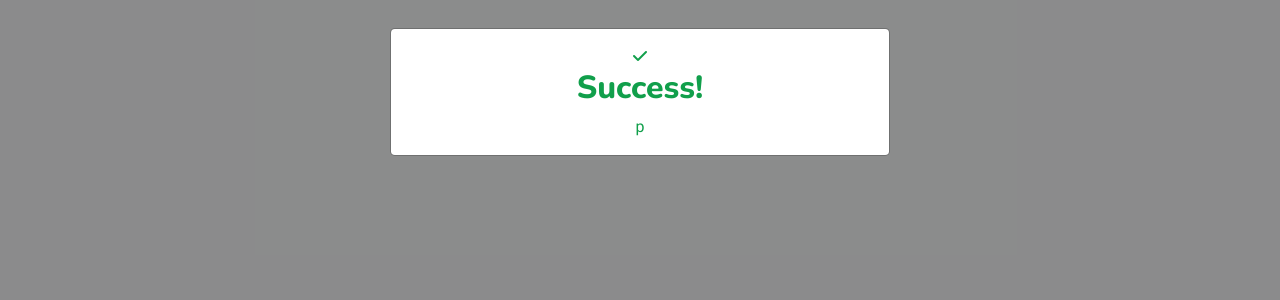
Repository: Dangtrinh28/thuymoc
Page: bookingSuccess.html
An editor plug-in stored every save of this project. The page is shown before and after the next save, followed by the edit.
The browser window is 1280 px wide. The pictures show the whole page.
Some web libraries are served in a nearby version.

Above is the page before, as saved 2022-11-25 04:06:02.

### bookingSuccess.html
<!DOCTYPE html>
<html lang="en">

<head>
    <meta charset="UTF-8">
    <meta http-equiv="X-UA-Compatible" content="IE=edge">
    <meta name="viewport" content="width=device-width, initial-scale=1.0">

    <!-- google font link -->
    <link rel="preconnect" href="https://fonts.googleapis.com">
    <link rel="preconnect" href="https://fonts.gstatic.com" crossorigin>
    <link
        href="https://fonts.googleapis.com/css2?family=Heebo:wght@400;500;600&family=Nunito:wght@600;700;800&family=Pacifico&display=swap"
        rel="stylesheet">

    <!-- Icon link -->
    <link rel="stylesheet" href="./assets/font/fontawesome/css/all.min.css">
    <link href="https://cdnjs.cloudflare.com/ajax/libs/font-awesome/5.10.0/css/all.min.css" rel="stylesheet">
    <link href="https://cdn.jsdelivr.net/npm/bootstrap-icons@1.4.1/font/bootstrap-icons.css" rel="stylesheet">

    <!-- link lib -->
    <link rel="stylesheet" href="./assets/lib/animate/animate.min.css">
    <link rel="stylesheet" href="./assets/lib/owlcarousel/assets/owl.carousel.min.css">
    <link rel="stylesheet" href="./assets/lib/tempusdominus/css/tempusdominus-bootstrap-4.min.css">

    <!-- link bootstraps custom  -->
    <link href="./assets/css/bootstrap.css" rel="stylesheet">

    <!-- link custom -->
    <link rel="stylesheet" href="./assets/css/index.css">
    <!-- link custom end-->
    <link rel="icon" type="image/x-icon"
        href="https://scontent.fsgn2-4.fna.fbcdn.net/v/t39.30808-6/301127842_1060078351356985_3224039168656005356_n.jpg?_nc_cat=101&ccb=1-7&_nc_sid=09cbfe&_nc_ohc=boITfAPyxDEAX8ESDnk&_nc_ht=scontent.fsgn2-4.fna&oh=00_AfCC23TquV2izwz9e55nnw0-pZBRnxj3js4zwfv7_lGcQQ&oe=63633C5B">
        <title>Thủy Mộc Restaurant</title>

</head>
<body>
    <div class="container" >
        <div class="modal" style="display: block; background-color: rgba(128, 128, 128,0.9);">
            <div class="modal-dialog">
                <div class="modal-content">
                    <div class="modal-body text-primary text-center">
                        <i class="modal-body-icon fa-solid fa-check"></i>
                        <h2 class="text-primary">Success!</h2>
                        p
                    </div>
                </div>
            </div>
        </div>
    </div>





    <script src="https://code.jquery.com/jquery-3.4.1.min.js"></script>
    <script src="https://cdn.jsdelivr.net/npm/bootstrap@5.0.2/dist/js/bootstrap.bundle.min.js"></script>
    <script src="https://smtpjs.com/v3/smtp.js"></script>
    <script src="./assets/lib/wow/wow.min.js"></script>
    <script src="./assets/lib/easing/easing.min.js"></script>
    <script src="./assets/lib/waypoints/waypoints.min.js"></script>
    <script src="./assets/lib/counterup/counterup.min.js"></script>
    <script src="./assets/lib/owlcarousel/owl.carousel.min.js"></script>
    <script src="./assets/js/index.js"></script>
</body>
</html>

### assets/css/index.css
:root {
  --primary: ;
}

/* base css */
.hero-header {
  background: linear-gradient(rgba(15, 23, 43, 0.9), rgba(15, 23, 43, 0.9)),
    url(../img/banner/banner2.png);
  background-position: center center;
  background-repeat: no-repeat;
  background-size: cover;
}

.btn {
  font-family: "Nunito", sans-serif;
  font-weight: 500;
  text-transform: uppercase;
  transition: 0.5s;
}

.btn-primary,
.btn-secondary {
  color: var(--bs-white);
}

.product-img {
  width: 100%;
  height: 216px;
  background-position: center;
  background-repeat: no-repeat;
  background-size: cover;
}

/* đặt bàn online */
.video {
  position: relative;
  height: 100%;
  min-height: 500px;
  background: linear-gradient(rgba(15, 23, 43, 0.1), rgba(15, 23, 43, 0.1)),
    url(../img/booking/booking.png);
  background-position: center center;
  background-repeat: no-repeat;
  background-size: cover;
}

.video .btn-play {
  position: absolute;
  z-index: 3;
  top: 50%;
  left: 50%;
  transform: translate(-50%);
  box-sizing: content-box;
  display: block;
  width: 32px;
  height: 44px;
  border-radius: 50%;
  border: none;
  outline: none;
  padding: 18px 20px 18px 28px;
}

.video .btn-play::before {
  content: "";
  position: absolute;
  z-index: 0;
  top: 50%;
  left: 50%;
  transform: translateX(-50%) translateY(-50%);
  display: block;
  width: 100px;
  height: 100px;
  background: var(--bs-primary);
  border-radius: 50%;
  animation: pulse-border 1500ms ease-out infinite;
}

.video .btn-play::after {
  content: "";
  position: absolute;
  z-index: 1;
  left: 50%;
  top: 50%;
  transform: translateX(-50%) translateY(-50%);
  display: block;
  width: 100px;
  height: 100px;
  background: var(--primary);
  border-radius: 50%;
  transition: all 200ms;
}

.video .btn-play img {
  position: relative;
  z-index: 3;
  max-width: 100%;
  width: auto;
  height: auto;
}

.video .btn-play span {
  display: block;
  position: relative;
  z-index: 3;
  width: 0;
  height: 0;
  border-left: 32px solid var(--bs-dark);
  border-top: 22px solid transparent;
  border-bottom: 22px solid transparent;
}

@keyframes pulse-border {
  0% {
    transform: translateX(-50%) translateY(-50%) translateZ(0) scale(1);
    opacity: 1;
  }
  100% {
    transform: translateX(-50%) translateY(-50%) translateZ(0) scale(1.5);
    opacity: 0;
  }
}

/* team */
.w-65 {
  width: 65% !important;
}

/* feedback */
.testimonial-carousel .owl-item.center .testimonial-item {
  background: var(--bs-primary) !important;
  border-color: var(--bs-primary) !important;
}

.testimonial-carousel .owl-item.center .testimonial-item * {
  color: var(--bs-light);
}

.testimonial-carousel .owl-dots {
  margin-top: 24px;
  display: flex;
  align-items: flex-end;
  justify-content: center;
}

.testimonial-carousel .owl-dot {
  position: relative;
  display: inline-block;
  margin: 0 5px;
  width: 15px;
  height: 15px;
  border: 1px solid #ccc;
  border-radius: 15px;
  transition: 0.5s;
}

.testimonial-carousel .owl-dot.active {
  background: var(--bs-primary);
  border-color: var(--bs-primary);
}

.text__height-hiden {
  height: 120px;
  overflow: hidden;
  display: -webkit-box;
  -webkit-box-orient: vertical;
  -webkit-line-clamp: 5;
}

/* footer */
.footer .copyright {
  padding: 25px 0;
  font-size: 15px;
  border-top: 1px solid rgba(256, 256, 256, 0.1);
}

.footer .copyright a {
  color: var(--bs-light);
}

.footer .footer-menu a {
  margin-right: 15px;
  padding-right: 15px;
  border-right: 1px solid rgba(256, 256, 256, 0.1);
}

.back-to-top {
  position: fixed;
  display: none;
  right: 45px;
  bottom: 45px;
  z-index: 99;
}

/* navbar */
.navbar-dark .navbar-nav .nav-link {
  position: relative;
  margin-left: 25px;
  padding: 15px 0;
  font-size: 15px;
  color: var(--bs-light) !important;
  text-transform: uppercase;
  font-weight: 500;
  outline: none;
  transition: 0.5s;
}

@media (min-width: 992px) {
  .navbar-dark {
    position: absolute;
    width: 100%;
    top: 0;
    left: 0;
    z-index: 999;
    background: transparent !important;
  }
}

.text-featured {
  font-size: 16px;
  line-height: 1.6;
  padding: 20px;
}

.text-featured::first-letter {
  font-size: 30px;
  line-height: 30px;
  float: left;
  display: block;
}

@media (max-width: 992px)  {
  .navbar-dark .navbar-nav .nav-link {
    margin: 0;
  }
}

### assets/js/index.js
(function ($) {
  "use strict";

  // wow js
  new WOW().init();

  //counter-up
  $('[data-toggle="counter-up"]').counterUp({
    delay: 10,
    time: 2000,
  });

  $(window).scroll(function () {
    if ($(this).scrollTop() > 45) {
      $(".navbar").addClass("sticky-top shadow-sm");
    } else {
      $(".navbar").removeClass("sticky-top shadow-sm");
    }
  });

  $(document).ready(function () {
    var $videoSrc;
    $(".btn-play").click(function () {
      $videoSrc = $(this).data("src");
    });
    console.log($videoSrc);

    $("#videoModal").on("shown.bs.modal", function (e) {
      $("#video").attr(
        "src",
        $videoSrc + "?autoplay=1&amp;modestbranding=1&amp;showinfo=0"
      );
    });

    $("#videoModal").on("hide.bs.modal", function (e) {
      $("#video").attr("src", $videoSrc);
    });
  });

  // testimonial-carousel
  $(".testimonial-carousel").owlCarousel({
    autoplay: true,
    smartSpeed: 1500,
    center: true,
    margin: 24,
    dots: true,
    loop: true,
    nav: false,
    responsive: {
      0: {
        items: 1,
      },
      768: {
        items: 2,
      },
      992: {
        item: 3,
      },
    },
  });
  //
  $(window).scroll(function () {
    if ($(this).scrollTop() > 300) {
      $(".back-to-top").fadeIn("slow");
    } else {
      $(".back-to-top").fadeOut("slow");
    }
  });

  $(".back-to-top").click(function () {
    $("html, body").animate({ scrollTop: 0 }, 100, "easeInOutExpo");
    return false;
  });
})(jQuery);

    // pass xcliahnbanukicoz

function sendEmail() {
  let useNames = document.getElementById("names").value;
  let numberPhone = document.getElementById("numberPhone").value;
  let email = document.getElementById("email").value;
  let qualitys = document.getElementById("qualitys").value;
  let times = document.getElementById("times").value;
  let date = document.getElementById("date").value;
  let messages = document.getElementById("messages").value;
  let body = "Tên khách hàng:" + useNames + "<br/> Số điện thoại: " + numberPhone + "<br/> Tên gmail của quý khách: " + email + "<br/> Số lượng khách hàng: " + qualitys + "<br/> Thời gian đến: " + times + "<br/> Ngày đến: " + date + "<br/> Yêu cầu của quý khách: " + messages ;


  Email.send({
    // SMTPport: 2525,
    Host : "smtp.elasticemail.com",
    Username : "nguyencaodangtrinhtv3@gmail.com",
    Password : "B2145E9AB344FD4C1D449007775D22DCDDA7",
    To : 'dtrinhit04@gmail.com',
    From : "nguyencaodangtrinhtv3@gmail.com",
    Subject : "Đặt bàn online tại Thủy Mộc for web",
    Body : body,
}).then(
  message => alert(message)
);
}

Loaded but not shown: assets/font/fontawesome/css/all.min.css (library); assets/lib/animate/animate.min.css (library); assets/lib/owlcarousel/assets/owl.carousel.min.css (common file); assets/lib/tempusdominus/css/tempusdominus-bootstrap-4.min.css (library); assets/css/bootstrap.css (library); assets/lib/wow/wow.min.js (library); assets/lib/easing/easing.min.js (common file); assets/lib/waypoints/waypoints.min.js (library); assets/lib/counterup/counterup.min.js (common file); assets/lib/owlcarousel/owl.carousel.min.js (library)

After the next save:
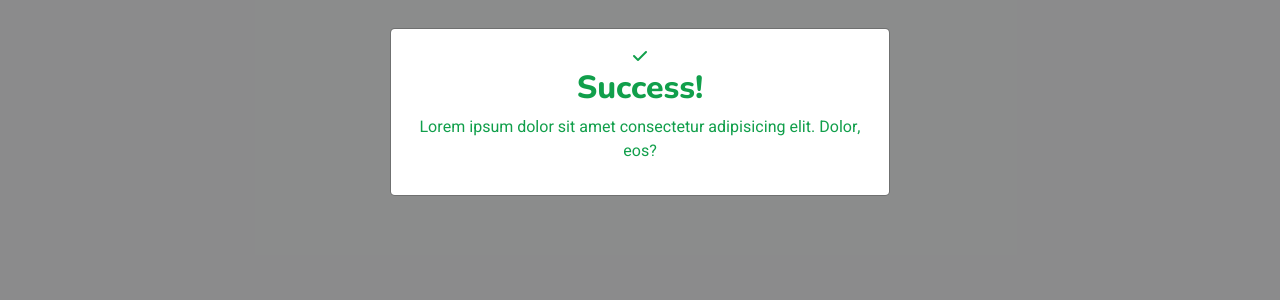
Saved 8 s later.
--- a/bookingSuccess.html
+++ b/bookingSuccess.html
@@ -42,7 +42,7 @@
                     <div class="modal-body text-primary text-center">
                         <i class="modal-body-icon fa-solid fa-check"></i>
                         <h2 class="text-primary">Success!</h2>
-                        p
+                        <p>Lorem ipsum dolor sit amet consectetur adipisicing elit. Dolor, eos?</p>
                     </div>
                 </div>
             </div>
